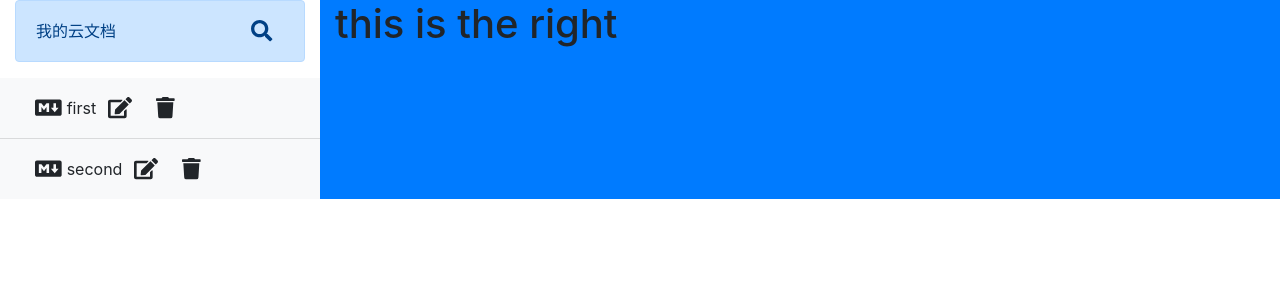
Repository: weijie-he/clould-doc
Page: /
An editor plug-in stored every save of this project. The page is shown before and after a run of saves, followed by the edit.
The browser window is 1280 px wide. The pictures show the whole page.
The project was rebuilt for these pictures with package versions that can differ from the ones it lists, and the page was loaded fresh each time.

Above is the page before, as saved 2020-09-30 17:05:04.

### src/App.js
import React from 'react';
import FileSearch from './components/FileSearch';
import FileList from './components/FileList';
import {defaultFiles} from './utils/defaultFiles'
import './App.css';

function App() {
  return (
    <div className="App container-fluid">
      <div className="row">
        <div className="col-3 left-align">
          <FileSearch
          title={"我的云文档"}
          onFileSearch={(value)=>{console.log(value)}}
          />
          <FileList files={defaultFiles}/>
        </div>
        <div className="col-9 bg-primary right-align">
          <h1>this is the right</h1>
        </div>
      </div>
    </div>
  );
}

export default App;

### src/components/FileSearch.js
import React, {useState, useEffect, useRef} from "react"
import { Alert, Button} from 'react-bootstrap';
import { FontAwesomeIcon } from '@fortawesome/react-fontawesome'
import { faSearch, faTimes} from '@fortawesome/free-solid-svg-icons'

const FileSearch = ({title , onFileSearch}) => {
    const [inputActive, setInputActive] = useState(false)
    const [value, setValue] = useState("")

    const closeSearch = (event) => {
        event.preventDefault();
        setInputActive(false)
        setValue('')
    }

    let node = useRef(null)

    useEffect(()=>{
        const handleInputEvent = (event) => {
            const {keyCode} = event
            // 按下回车键
            if( keyCode === 13 && inputActive === true){
                onFileSearch(value)
            }
            // 按下esc
            else if( keyCode === 13 && inputActive === true){
                closeSearch(event)
            }
        }

        console.log(node)
        // 添加监听器 keyup 事件在按键被松开时触发。
        document.addEventListener('keyup',handleInputEvent)
        // 如果你的 effect 返回一个函数，React 将会在执行清除操作时调用它。
        return () => {
            document.removeEventListener('keyup',handleInputEvent)
        }
    })

    useEffect(()=>{
        if(inputActive){
            node.current.focus()
        }
    },[inputActive])


    return(
        <Alert variant={'primary'} className="d-flex justify-content-between align-items-center">
            { !inputActive &&
                <>
                    <span>{title}</span>
                    <Button
                    className={"icon-button"}
                    onClick={()=>setInputActive(true)}>
                    <FontAwesomeIcon
                        title={"搜索"}
                        icon={faSearch}
                        size={"lg"}
                    />
                    </Button>
                </>
            }
            { inputActive &&
                <>
                    <input
                        className="form-control"
                        value={value}
                        onChange={(e)=> setValue(e.target.value)}
                        ref={node}
                    />
                    <Button
                        className={"icon-button"}
                        onClick={closeSearch}>
                        <FontAwesomeIcon
                            title={"关闭"}
                            icon={faTimes}
                            size={"lg"}
                        />
                    </Button>
                </>
            }
        </Alert>
    )
}

export default FileSearch

### src/components/FileList.js
import React from 'react'
import { ListGroup,Button } from 'react-bootstrap';
import { FontAwesomeIcon } from '@fortawesome/react-fontawesome'
import { faEdit, faTrash} from '@fortawesome/free-solid-svg-icons'
import { faMarkdown} from '@fortawesome/free-brands-svg-icons'


const FileList = ({files,onFileClick,onSaveEdit,onFileDelete})=>{
    return(
        <ListGroup variant="flush" className={"file-list"}>
            {
                files.map(file => (
                    <ListGroup.Item
                    className="bg-light d-flex align-items-center file-item row"
                    key={file.id}
                    >
                        <span className="col-2">
                            <FontAwesomeIcon
                                title={"markdown"}
                                icon={faMarkdown}
                                size={"lg"}
                            />
                        </span>
                        <span>{file.title}</span>
                        <Button
                            className={"icon-button"}
                            onClick={()=>{}}>
                            <FontAwesomeIcon
                                title={"编辑"}
                                icon={faEdit}
                                size={"lg"}
                            />
                        </Button>
                        <Button
                            className={"icon-button"}
                            onClick={()=>{}}>
                            <FontAwesomeIcon
                                title={"删除"}
                                icon={faTrash}
                                size={"lg"}
                            />
                        </Button>
                    </ListGroup.Item>
                ))
            }

        </ListGroup>
    )
}

export default FileList

### src/utils/defaultFiles.js
export const defaultFiles = [
    {
        id:"1",
        title:"first",
        body:"hehe",
        createAt:123
    },
    {
        id:"2",
        title:"second",
        body:"## hehe",
        createAt:123
    }
]

### src/App.css
.icon-button ,.icon-button:hover{
  background: none;
  border: none;
  color: inherit;
}

Loaded but not shown: public/index.html (common file); src/index.js (common file); src/index.css (common file); src/serviceWorker.js (common file)

After the next 2 saves:
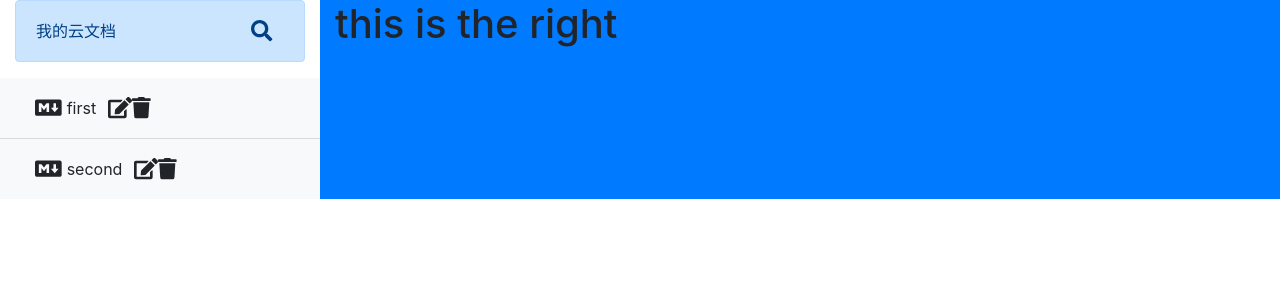
The 2 saves are shown as one change because they came seconds apart.
The last was saved 40 s later.
--- a/src/components/FileList.js
+++ b/src/components/FileList.js
@@ -23,7 +23,7 @@ const FileList = ({files,onFileClick,onSaveEdit,onFileDelete})=>{
                         </span>
                         <span>{file.title}</span>
                         <Button
-                            className={"icon-button"}
+                            className={"icon-button col-1"}
                             onClick={()=>{}}>
                             <FontAwesomeIcon
                                 title={"编辑"}
